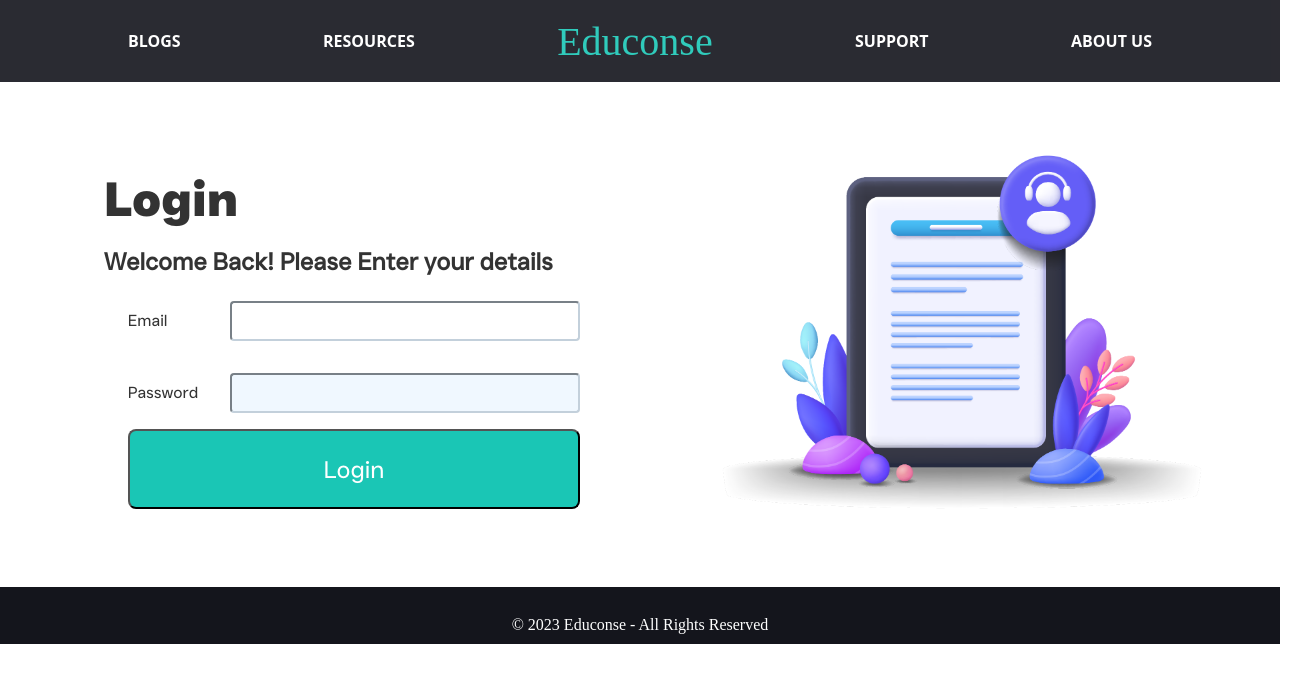
Repository: devajay07/educonse
Page: pages/login.html
These files come from the project's save history. The page is drawn as it stood at one moment and after the next save; the edit follows.
The browser window is 1280 px wide. The page is 1312 px wide, so the pictures cover 1312 px, including what lies to the right of the window. The pictures show the whole page.
The pointer rests on the first visible `input[type=password]`.

Above is the page before, as saved 2023-10-15 02:43:55.

After the next save:
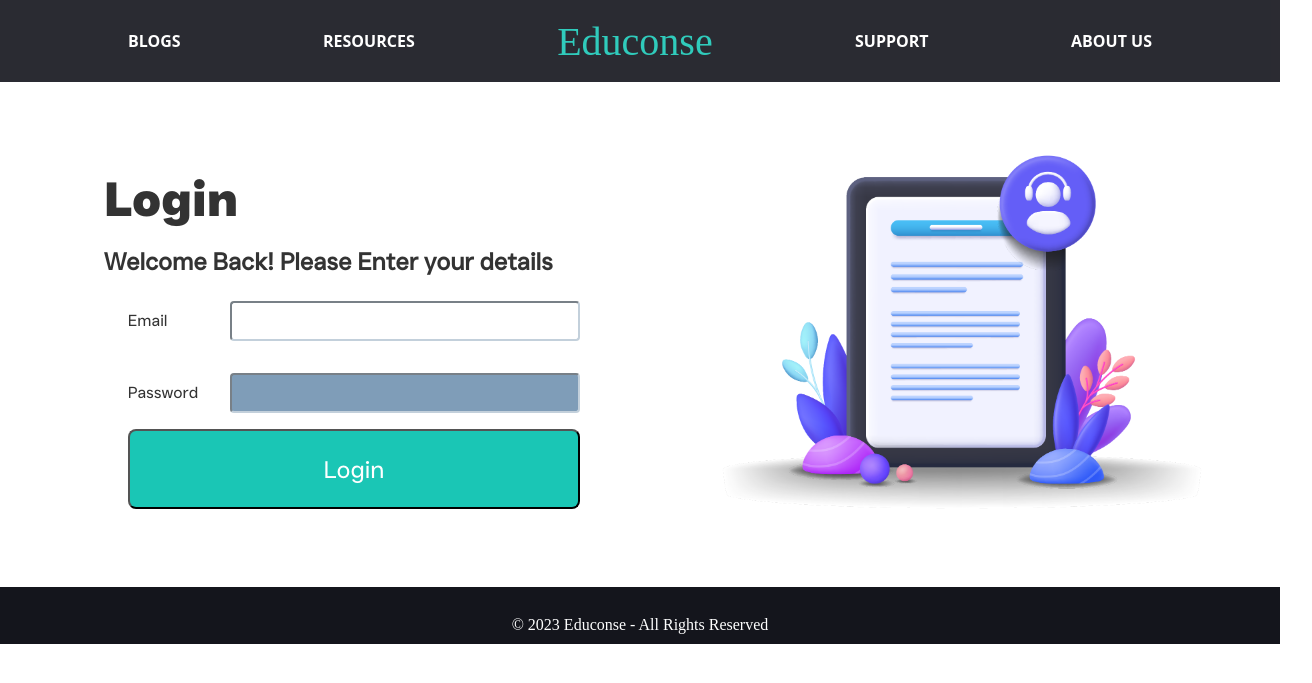
Saved 10 s later.
--- a/css/login.css
+++ b/css/login.css
@@ -42,7 +42,7 @@ input[type=password],input[type=email]{
 }
 input[type=password]:hover,input[type=email]:hover
 {
-  background-color:aliceblue;
+  background-color:rgb(127, 157, 184);
 }
 #submit{
   height:80px;
